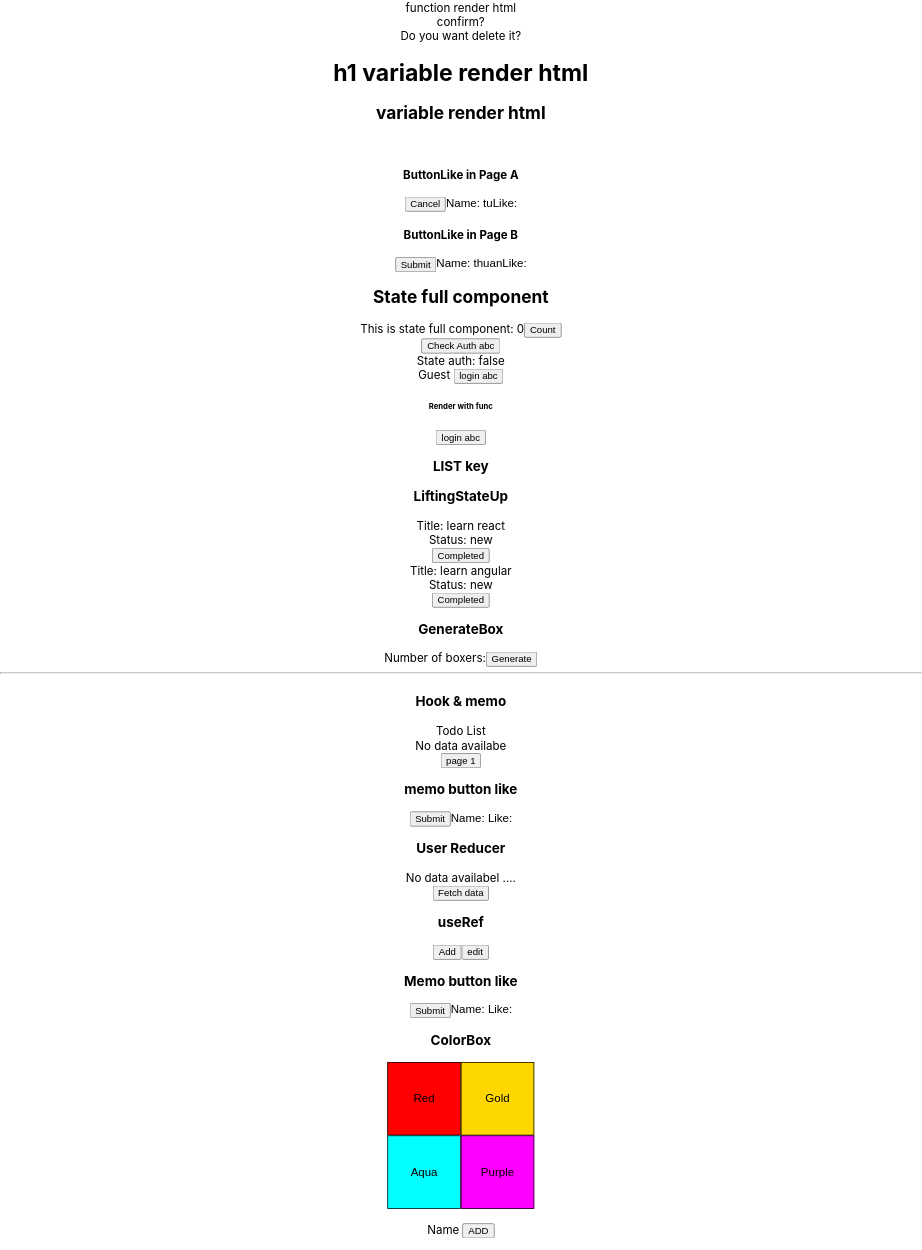
Repository: HoangTu18/reactjs-exercise
Page: /
An editor plug-in stored every save of this project. The page is shown before and after the next save, followed by the edit.
The browser window is 1280 px wide. The pictures show the whole page, at 72% of full size.
The page's requests for data from a server got no answer. The project was rebuilt for these pictures with package versions that can differ from the ones it lists, and the page was loaded fresh each time. No one was signed in, and anything a server would have sent is missing. Also part of the build but not shown: src/pages/StateObject.jsx, src/components/GenerateBox/GenerateBoxItem.jsx.

Above is the page before, as saved 2022-06-15 16:29:24.

After the next save:
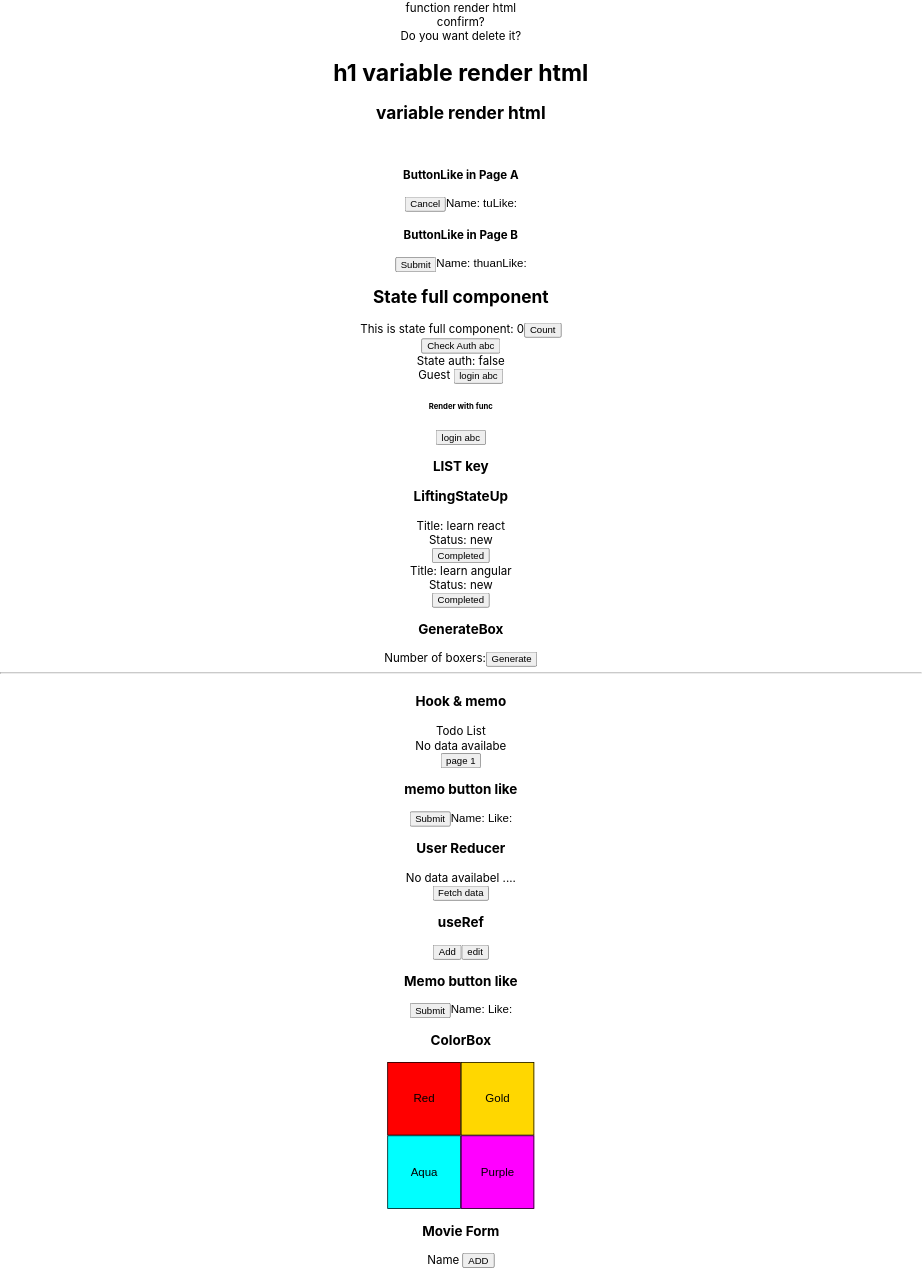
Saved 47 s later.
--- a/src/App.js
+++ b/src/App.js
@@ -65,7 +65,7 @@ function App() {
       <ButtonLike />
       <h3>ColorBox</h3>
       <ColorBox />
-      <h3 />
+      <h3>Movie Form</h3>
       <MoviesForm />
     </div>
   );
